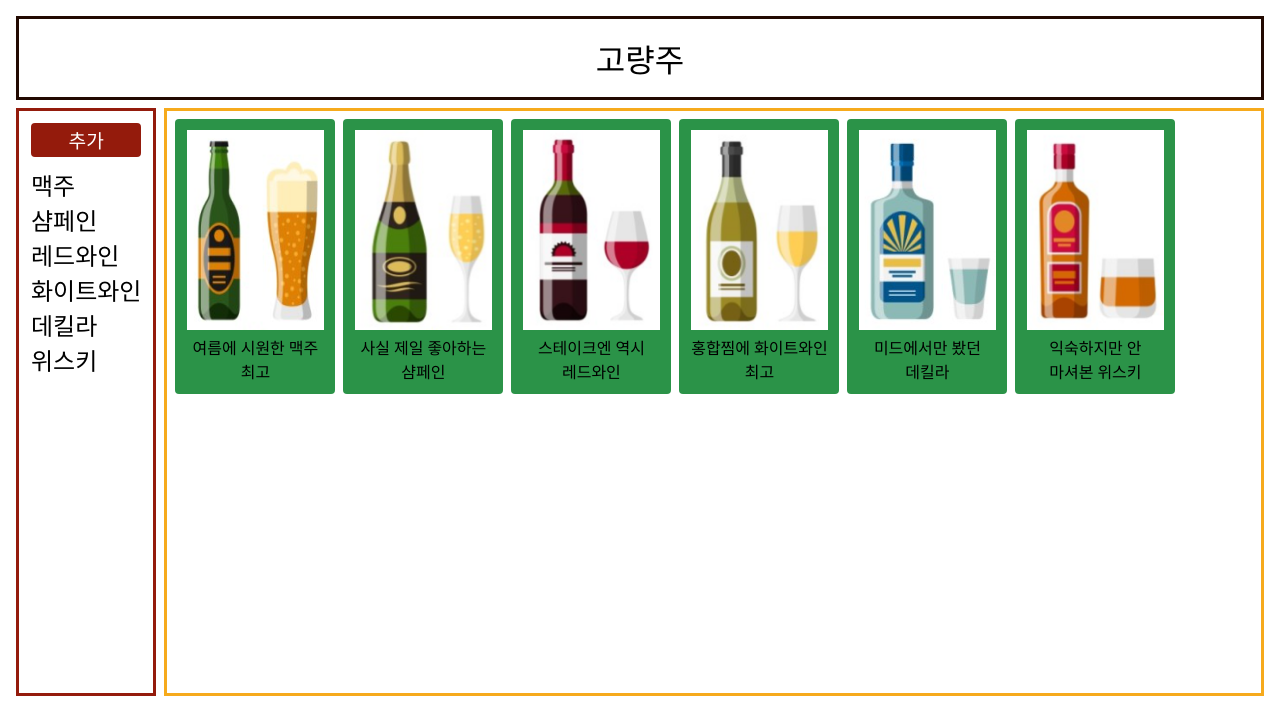
Repository: Jay-JYKim91/grj_2nd_week
Page: index.html
These files come from the project's save history. The page is drawn as it stood at one moment and after the next save; the edit follows.
The browser window is 1280 px wide. The pictures show the whole page.
Some web fonts or font styles are not loaded; a fallback is used.

Above is the page before, as saved 2022-05-16 16:30:34.

After the next save:
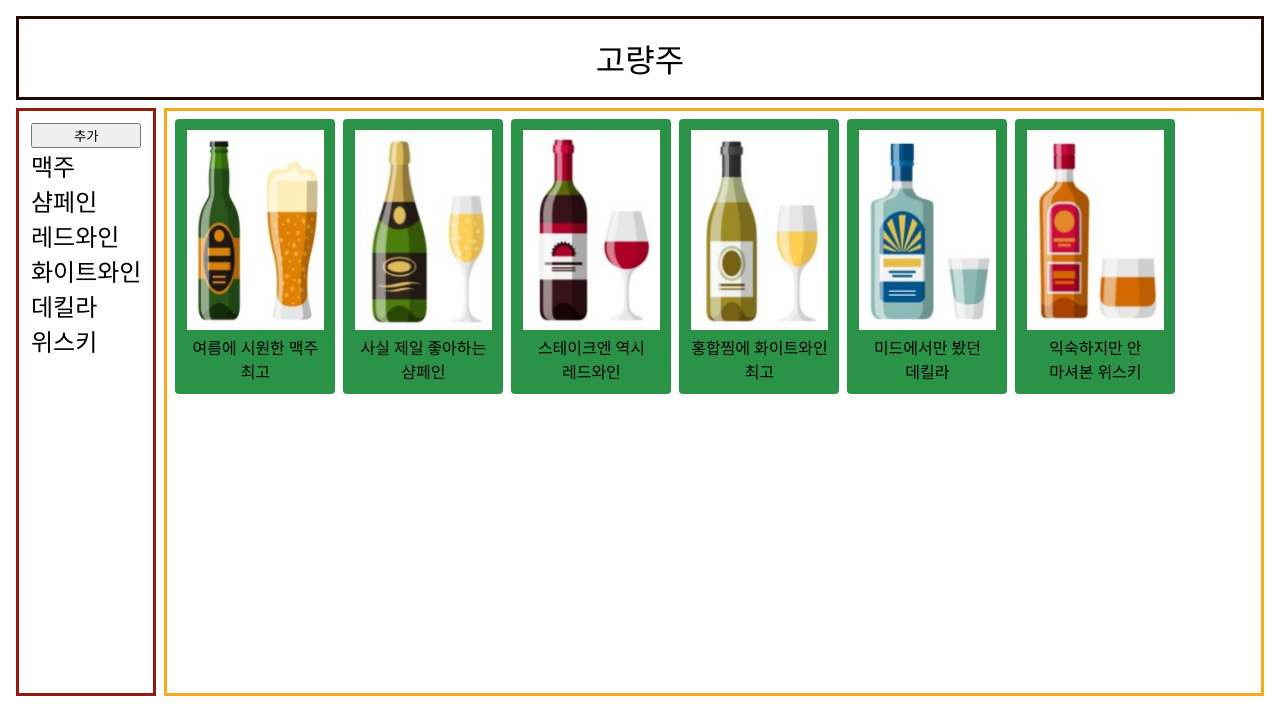
Saved 112 s later.
--- a/styles.css
+++ b/styles.css
@@ -38,7 +38,7 @@ aside {
   min-width: max-content;
 }
 
-#addBtn {
+#openModalBtn {
   background-color: #941b0c;
   border-radius: 4px;
   border: 2px solid #941b0c;
@@ -47,7 +47,7 @@ aside {
   margin-bottom: 0.5em;
 }
 
-#addBtn:hover {
+#openModalBtn:hover {
   background-color: white;
   color: #941b0c;
   cursor: pointer;

After the save that followed:
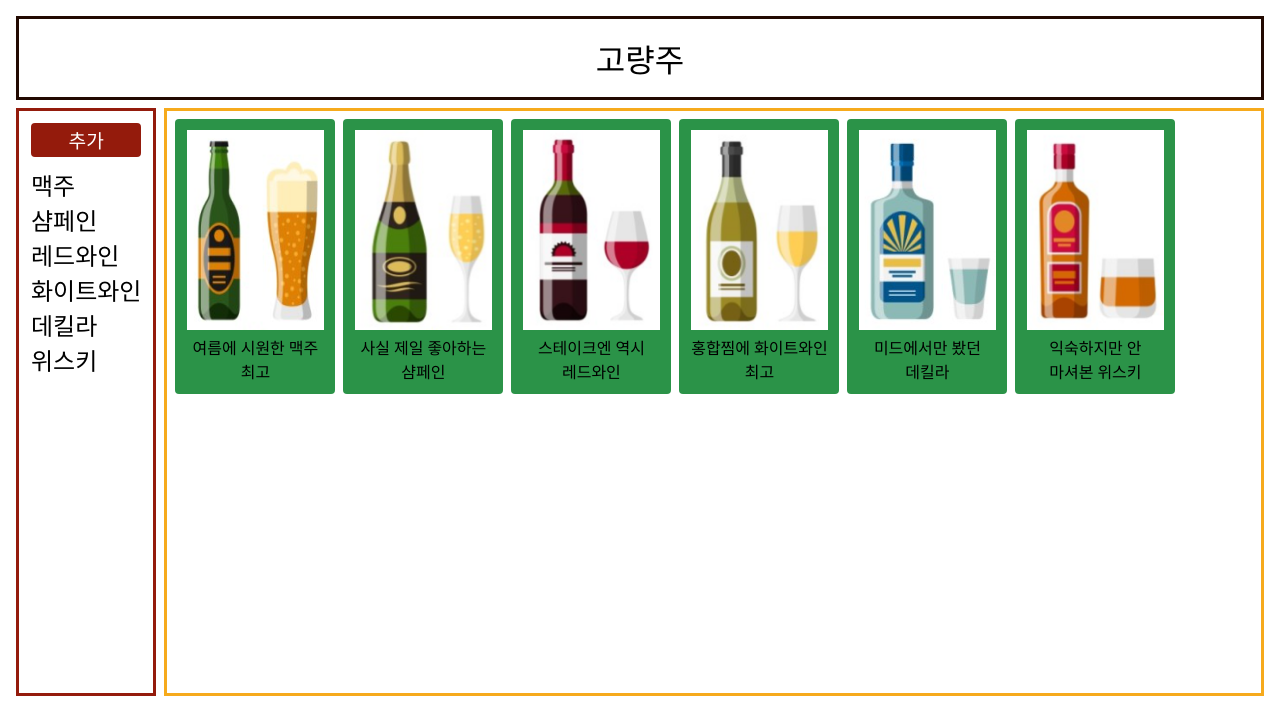
Saved 2 s later.
--- a/index.html
+++ b/index.html
@@ -13,7 +13,7 @@
     </header>
     <main>
         <aside>
-            <button id="addBtn">추가</button>
+            <button id="openModalBtn">추가</button>
             <span>맥주</span>
             <span>샴페인</span>
             <span>레드와인</span>
@@ -48,5 +48,9 @@
             </div>
         </section>
     </main>
+
+    <div>
+
+    </div>
 </body>
 </html>
